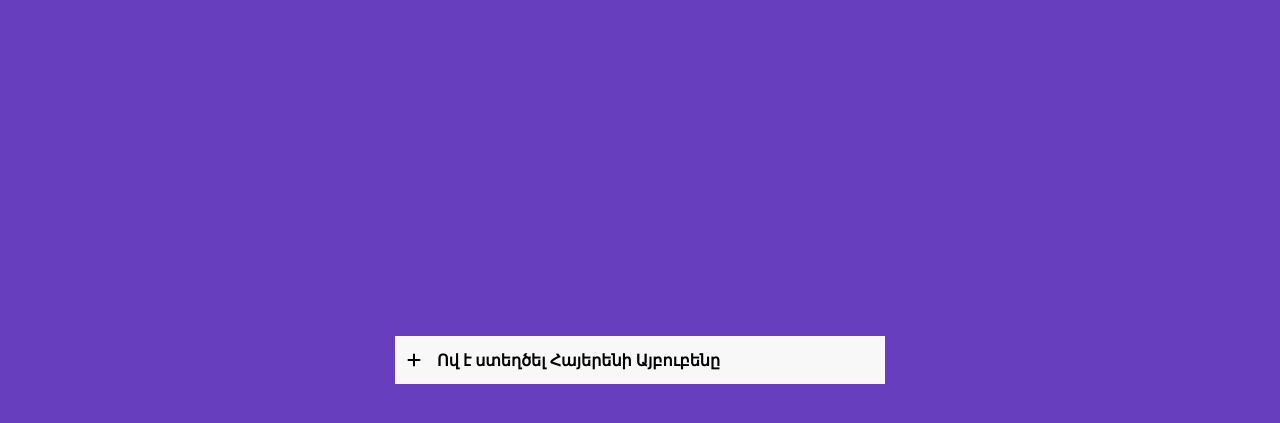
Repository: vardgeshakobyann/Accordion-ReactJS
Page: /
The author's editor kept a copy of each file at every save. The page is drawn from the files as they stood at one save, then again after the next save.
The browser window is 1280 px wide. The pictures show the whole page.
The project was rebuilt for these pictures with package versions that can differ from the ones it lists, and the page was loaded fresh each time.

Above is the page before, as saved 2025-06-11 09:20:57.

After the next save:
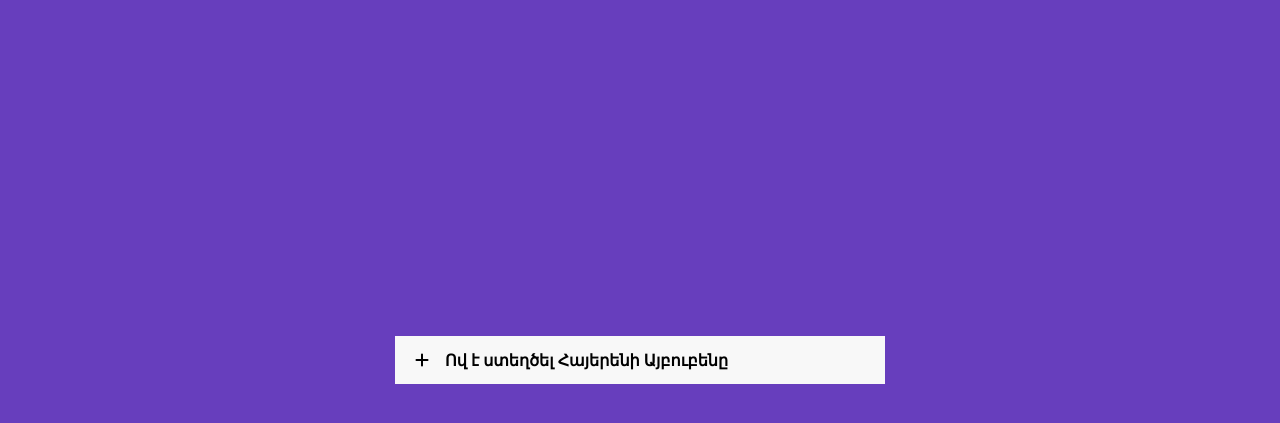
Saved 6 s later.
--- a/src/components/AccordionItem/accordionItem.css
+++ b/src/components/AccordionItem/accordionItem.css
@@ -17,7 +17,7 @@
     justify-content: center;
     align-items: center;
     gap: 16px;
-    padding: 2px;
+    padding: 10px;
 }
 
 .accordionItem .header .leftBlock p {
